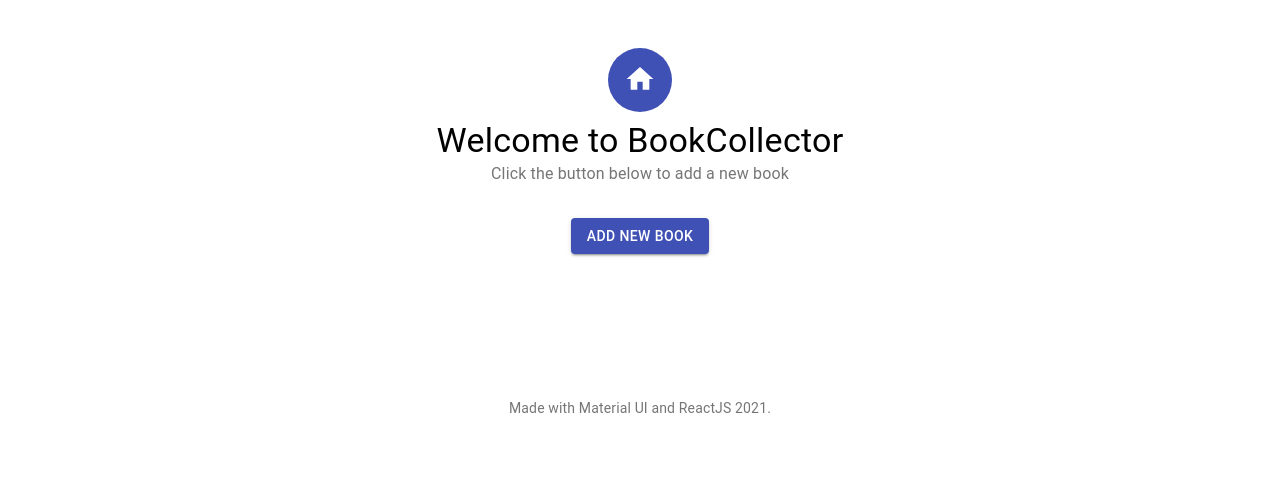
Repository: Colo-Codes/mini-project-react-book-collector
Page: /
These files come from the project's save history. The page is drawn as it stood at one moment and after the next save; the edit follows.
The browser window is 1280 px wide. The pictures show the whole page.
The project was rebuilt for these pictures with package versions that can differ from the ones it lists, and the page was loaded fresh each time. Also part of the build but not shown: src/Books/BooksGridItem.js, src/Books/AddBookForm.js.

Above is the page before, as saved 2021-08-25 13:03:42.

After the next save:
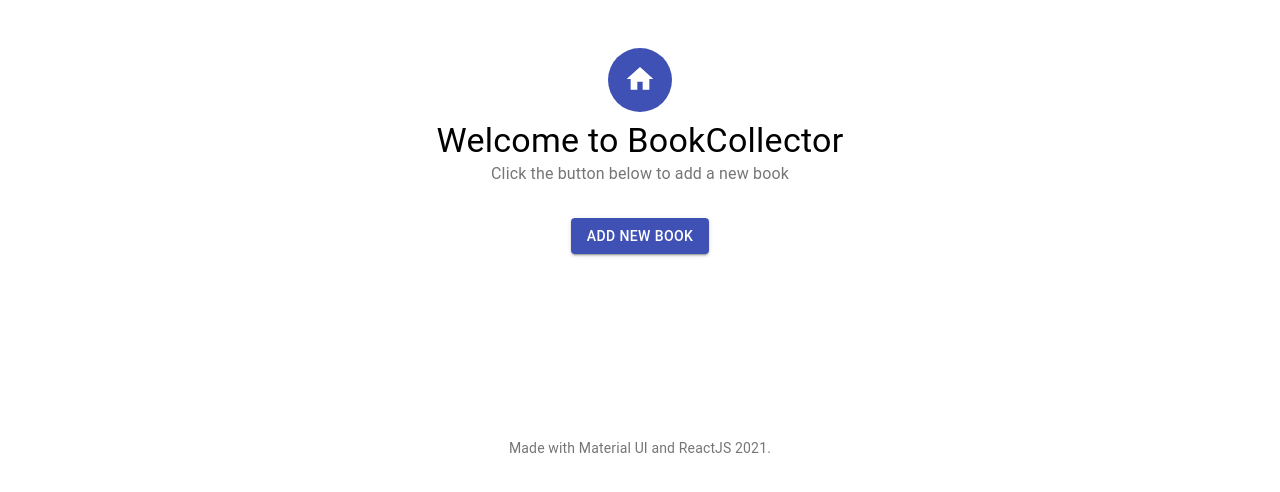
Saved 10 s later.
--- a/src/App.js
+++ b/src/App.js
@@ -11,7 +11,7 @@ import BooksGrid from './Books/BooksGrid';
 const useStyles = makeStyles(theme => ({
   paper: {
     marginTop: theme.spacing(5),
-    marginBottom: theme.spacing(10),
+    marginBottom: theme.spacing(15),
     display: 'flex',
     flexDirection: 'column',
     alignItems: 'center',
